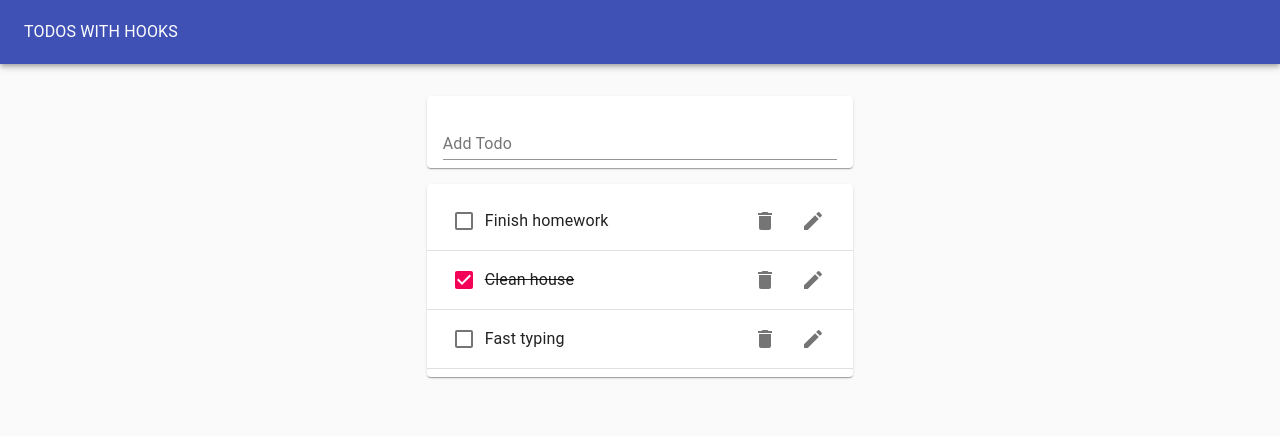
Repository: fulman/todo
Page: /
These files come from the project's save history. The page is drawn as it stood at one moment and after the next save; the edit follows.
The browser window is 1280 px wide. The pictures show the whole page.
The project was rebuilt for these pictures with package versions that can differ from the ones it lists, and the page was loaded fresh each time. Also part of the build but not shown: src/EditTodoForm.js.

Above is the page before, as saved 2020-09-27 14:37:45.

### src/App.js
import React from "react";
import TodoApp from "./TodoApp";

function App() {
  return <TodoApp />;
}

export default App;

### src/TodoApp.js
import React, { useState } from "react";
import Typography from "@material-ui/core/Typography";
import Paper from "@material-ui/core/Paper";
import AppBar from "@material-ui/core/AppBar";
import Toolbar from "@material-ui/core/Toolbar";
import Grid from "@material-ui/core/Grid";
import TodoList from "./TodoList";
import TodoForm from "./TodoForm";
import { v4 as uuid } from "uuid";

function TodoApp() {
  const initialTodos = [
    { id: 1, task: "Finish homework", completed: false },
    { id: 2, task: "Clean house", completed: true },
    { id: 3, task: "Fast typing", completed: false },
  ];
  const [todos, setTodos] = useState(initialTodos);
  const addTodo = (newTodoText) => {
    setTodos([...todos, { id: uuid(), task: newTodoText, completed: false }]);
  };

  const removeTodo = (todoId) => {
    const updatedTodos = todos.filter((todo) => todo.id !== todoId);
    setTodos(updatedTodos);
  };

  const toggleTodo = (todoId) => {
    const updatedTodos = todos.map((todo) =>
      todo.id === todoId ? { ...todo, completed: !todo.completed } : todo
    );
    setTodos(updatedTodos);
  };

  const updateTodo = (todoId, newTask) => {
    const updatedTodos = todos.map((todo) =>
      todo.id === todoId ? { ...todo, task: newTask } : todo
    );
    setTodos(updatedTodos);
  };

  return (
    <Paper
      style={{
        padding: 0,
        margin: 0,
        height: "100vh",
        backgroundColor: "#fafafa",
      }}
      elevation={0}
    >
      <AppBar color="primary" position="static" style={{ height: "64px" }}>
        <Toolbar>
          <Typography color="inherit">TODOS WITH HOOKS</Typography>
        </Toolbar>
      </AppBar>
      <Grid container justify="center" style={{ marginTop: "1rem" }}>
        <Grid item xs={11} md={8} lg={4}>
          <TodoForm addTodo={addTodo} />
          <TodoList
            todos={todos}
            removeTodo={removeTodo}
            toggleTodo={toggleTodo}
            updateTodo={updateTodo}
          />
        </Grid>
      </Grid>
    </Paper>
  );
}

export default TodoApp;

### src/TodoList.js
import React from "react";
import Paper from "@material-ui/core/Paper";
import List from "@material-ui/core/List";
import Divider from "@material-ui/core/Divider";
import Todo from "./Todo";

function TodoList({ todos, removeTodo, toggleTodo, updateTodo }) {
  return (
    <Paper>
      <List>
        {todos.map((todo) => (
          <>
            <Todo
              id={todo.id}
              key={todo.id}
              task={todo.task}
              completed={todo.completed}
              removeTodo={removeTodo}
              toggleTodo={toggleTodo}
              updateTodo={updateTodo}
            />
            <Divider />
          </>
        ))}
      </List>
    </Paper>
  );
}

export default TodoList;

### src/TodoForm.js
import React from "react";
import Paper from "@material-ui/core/Paper";
import TextField from "@material-ui/core/TextField";
import useInputState from "./hooks/useInputState";

function TodoForm({ addTodo }) {
  const [value, handleChange, reset] = useInputState("");
  return (
    <Paper style={{ margin: "1rem 0", padding: "0 1rem" }}>
      <form
        onSubmit={(e) => {
          e.preventDefault();
          addTodo(value);
          reset();
        }}
      >
        <TextField
          value={value}
          label="Add Todo"
          margin="normal"
          fullWidth
          onChange={handleChange}
        />
      </form>
    </Paper>
  );
}
export default TodoForm;

### src/Todo.js
import React from "react";
import ListItem from "@material-ui/core/ListItem";
import ListItemText from "@material-ui/core/ListItemText";
import Checkbox from "@material-ui/core/Checkbox";
import IconButton from "@material-ui/core/IconButton";
import ListItemSecondaryAction from "@material-ui/core/ListItemSecondaryAction";
import DeleteIcon from "@material-ui/icons/Delete";
import EditIcon from "@material-ui/icons/Edit";

import useToggleState from "./hooks/useToggleState";
import EditTodoForm from "./EditTodoForm";

function Todo({ id, task, completed, removeTodo, toggleTodo, updateTodo }) {
  const [isEditing, toggle] = useToggleState(false);
  return (
    <ListItem>
      {isEditing ? (
        <EditTodoForm
          task={task}
          id={id}
          toggleEditForm={toggle}
          updateTodo={updateTodo}
        />
      ) : (
        <>
          <Checkbox
            tabIndez={-1}
            checked={completed}
            onClick={() => toggleTodo(id)}
          />
          <ListItemText
            style={{ textDecoration: completed ? "line-through" : "none" }}
          >
            {task}
          </ListItemText>
          <ListItemSecondaryAction>
            <IconButton aria-label="Delete" onClick={() => removeTodo(id)}>
              <DeleteIcon />
            </IconButton>
            <IconButton aria-label="Edit" onClick={toggle}>
              <EditIcon />
            </IconButton>
          </ListItemSecondaryAction>
        </>
      )}
    </ListItem>
  );
}

export default Todo;

### src/hooks/useInputState.js
import { useState } from "react";

export default (initialValue) => {
  const [value, setValue] = useState(initialValue);
  const handleChange = (e) => {
    setValue(e.target.value);
  };
  const reset = () => {
    setValue("");
  };
  return [value, handleChange, reset];
};

### src/hooks/useToggleState.js
import { useState } from "react";

export default (initialValue = false) => {
  const [value, setValue] = useState(initialValue);

  const toggle = () => {
    setValue(!value);
  };

  return [value, toggle];
};

Loaded but not shown: public/index.html (common file); src/index.js (common file); src/index.css (common file); src/serviceWorker.js (common file)

After the next save:
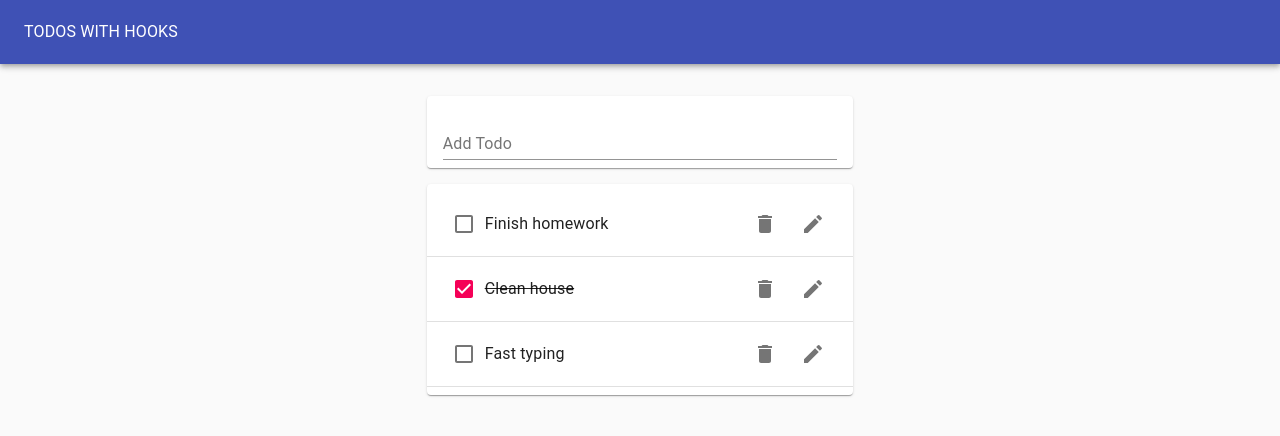
Saved 19 s later.
--- a/src/Todo.js
+++ b/src/Todo.js
@@ -13,7 +13,7 @@ import EditTodoForm from "./EditTodoForm";
 function Todo({ id, task, completed, removeTodo, toggleTodo, updateTodo }) {
   const [isEditing, toggle] = useToggleState(false);
   return (
-    <ListItem>
+    <ListItem style={{ height: "64px" }}>
       {isEditing ? (
         <EditTodoForm
           task={task}
